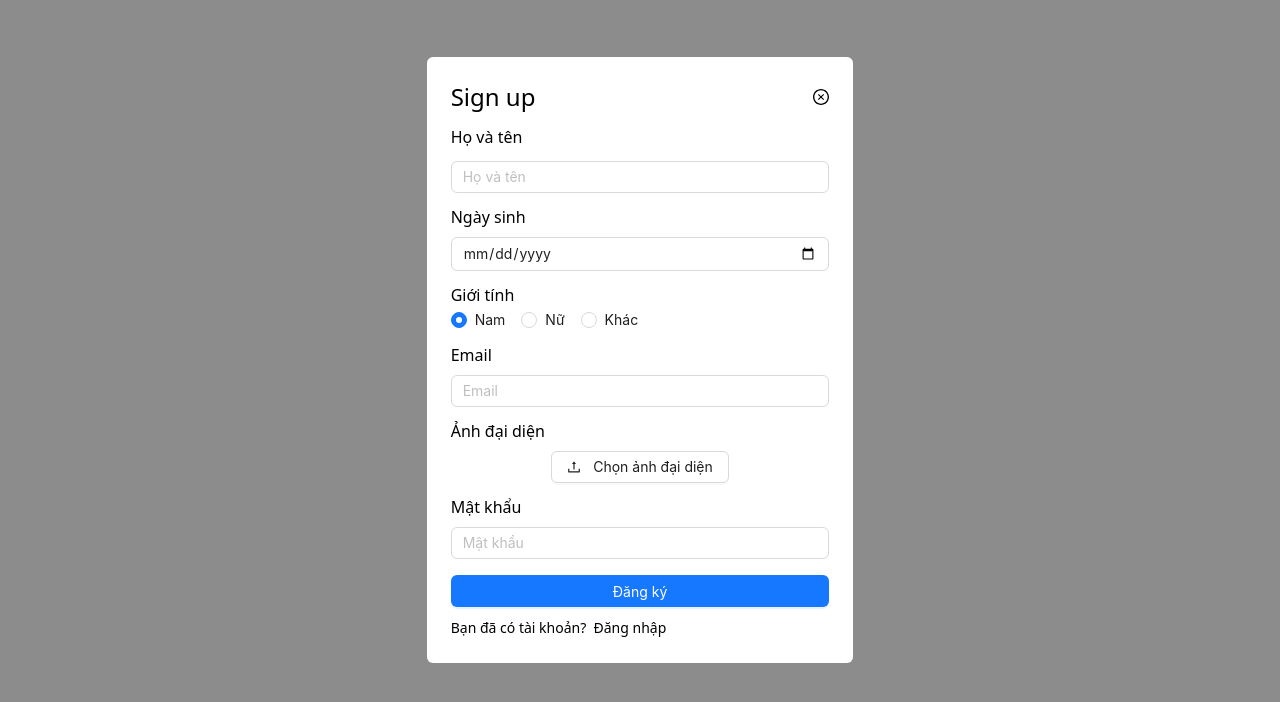
Repository: TinhTT336/MD02_Session14
Page: / (app in client/)
These files come from the project's save history. The page is drawn as it stood at one moment and after the next save; the edit follows.
The browser window is 1280 px wide. The pictures show the whole page.
The project was rebuilt for these pictures with package versions that can differ from the ones it lists, and the page was loaded fresh each time. Also part of the build but not shown: client/vite.config.js, client/src/firebase/configFirebase.js, client/src/components/UploadSingleFile.jsx, client/src/components/register/register.css, client/src/components/register/Register.jsx, client/src/components/register/RegisterWithImg.jsx.

Above is the page before, as saved 2023-09-14 14:38:37.

### client/index.html
<!DOCTYPE html>
<html lang="en">
  <head>
    <meta charset="UTF-8" />
    <link rel="icon" type="image/svg+xml" href="/vite.svg" />
    <meta name="viewport" content="width=device-width, initial-scale=1.0" />
    <title>Vite + React</title>
    <!-- <link
      href="https://cdn.jsdelivr.net/npm/bootstrap@5.0.2/dist/css/bootstrap.min.css"
      rel="stylesheet"
      integrity="sha384-EVSTQN3/azprG1Anm3QDgpJLIm9Nao0Yz1ztcQTwFspd3yD65VohhpuuCOmLASjC"
      crossorigin="anonymous"
    />
    <link
      rel="stylesheet"
      href="https://cdnjs.cloudflare.com/ajax/libs/font-awesome/6.4.2/css/all.min.css"
      integrity="sha512-z3gLpd7yknf1YoNbCzqRKc4qyor8gaKU1qmn+CShxbuBusANI9QpRohGBreCFkKxLhei6S9CQXFEbbKuqLg0DA=="
      crossorigin="anonymous"
      referrerpolicy="no-referrer"
    /> -->
  </head>
  <body>
    <div id="root"></div>
    <script type="module" src="/src/main.jsx"></script>
  </body>
</html>

### client/src/App.jsx

import './App.css'
import UploadSingleFile from './components/UploadSingleFile'
import Register from './components/register/Register'
import RegisterWithImg from './components/register/RegisterWithImg'
import Signup from './components/signup/Signup'

function App() {

  return (
    <>
      {/* <UploadSingleFile /> */}
      {/* <Register /> */}
      {/* <RegisterWithImg /> */}
      <Signup />
    </>
  )
}

export default App

### client/src/App.css
* {
  margin: 0;
  padding: 0;
  box-sizing: border-box;
}
.btn-primary {
  background-color: #1677ff !important;
}
.btn-primary:hover {
  background-color: #4096ff !important;
}

### client/src/components/signup/Signup.jsx
import React, { useState } from 'react';
import { CloseCircleOutlined, UploadOutlined } from "@ant-design/icons";
import { Input, Radio, Button, message, Upload, Space } from 'antd';

export default function Signup() {
    const [gender, setGender] = useState(1);
    const handleCheck = (e) => {
        setGender(e.target.value);
    };
    const props = {
        name: 'file',
        action: 'https://www.mocky.io/v2/5cc8019d300000980a055e76',
        headers: {
            authorization: 'authorization-text',
        },
        onChange(info) {
            if (info.file.status !== 'uploading') {
                console.log(info.file, info.fileList);
            }
            if (info.file.status === 'done') {
                message.success(`${info.file.name} file uploaded successfully`);
            } else if (info.file.status === 'error') {
                message.error(`${info.file.name} file upload failed.`);
            }
        },
    };
    return (
        <>
            <div className='fixed top-0 left-0 right-0 bottom-0 flex items-center justify-center bg-rgba-black'>
                <form className='bg-white p-6 rounded-md w-2/6'>
                    <div className='flex items-center justify-between'>
                        <h3 className='text-2xl'>Sign up</h3>
                        <CloseCircleOutlined className='cursor-pointer hover:bg-slate-300 rounded-full' />
                    </div>
                    <div className='mt-3'>
                        <label htmlFor="name">Họ và tên</label>
                        <Input placeholder="Họ và tên" className='mt-3' name='name' id='name' />
                    </div>
                    <div className='mt-3'>
                        <label htmlFor="dateOfBirth">Ngày sinh</label>
                        <Input placeholder="Ngày sinh" className='mt-2' name='dateOfBirth' id='dateOfBirth' type='date' />
                    </div>
                    <div className='mt-3'>
                        <label htmlFor="dateOfBirth">Giới tính</label>
                        <div>
                            <Radio.Group onChange={handleCheck} value={gender}>
                                <Radio value={1}>Nam</Radio>
                                <Radio value={2}>Nữ</Radio>
                                <Radio value={3}>Khác</Radio>
                            </Radio.Group>
                        </div>
                    </div>
                    <div className='mt-3'>
                        <label htmlFor="email">Email</label>
                        <Input placeholder="Email" className='mt-2' name='email' id='email' type='text' />
                    </div>
                    <div className='mt-3'>
                        <label htmlFor="avatar">Ảnh đại diện</label>
                        <div className='text-center mt-2'>
                            <Upload {...props}>
                                <Button icon={<UploadOutlined />}> Chọn ảnh đại diện</Button>
                            </Upload>
                        </div>
                    </div>
                    <div className='mt-3'>
                        <label htmlFor="password">Mật khẩu</label>
                        <Input placeholder="Mật khẩu" className='mt-2' name='password' id='password' type='password' />
                    </div>
                    <div>
                        <Button type='primary' block className='w-full btn-primary mt-4'>Đăng ký</Button>
                    </div>
                    <div className='mt-2 align-middle'>
                        <span className='text-sm '>Bạn đã có tài khoản? <a href="">   Đăng nhập</a></span>
                    </div>
                </form>
            </div>

        </>
    )
}

### client/tailwind.config.js
/** @type {import('tailwindcss').Config} */
export default {
  content: ["./index.html", "./src/**/*.{js,ts,jsx,tsx}"],
  theme: {
    extend: {
      backgroundColor: {
        "rgba-black": "rgba(0,0,0,0.45)",
      },
    },
  },
  plugins: [],
};

Loaded but not shown: client/src/main.jsx (common file); client/src/index.css (common file)

After the next save:
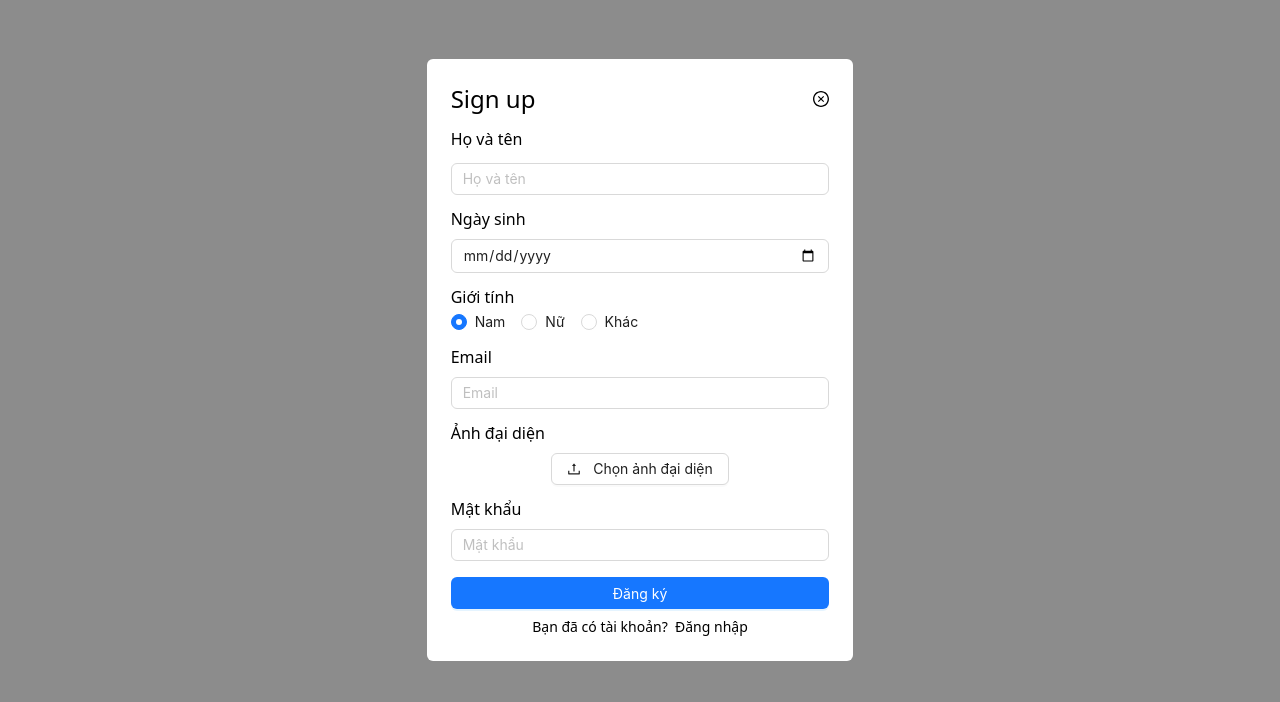
Saved 19 s later.
--- a/client/src/components/signup/Signup.jsx
+++ b/client/src/components/signup/Signup.jsx
@@ -69,7 +69,7 @@ export default function Signup() {
                     <div>
                         <Button type='primary' block className='w-full btn-primary mt-4'>Đăng ký</Button>
                     </div>
-                    <div className='mt-2 align-middle'>
+                    <div className='mt-2 flex items-center justify-center'>
                         <span className='text-sm '>Bạn đã có tài khoản? <a href="">   Đăng nhập</a></span>
                     </div>
                 </form>
